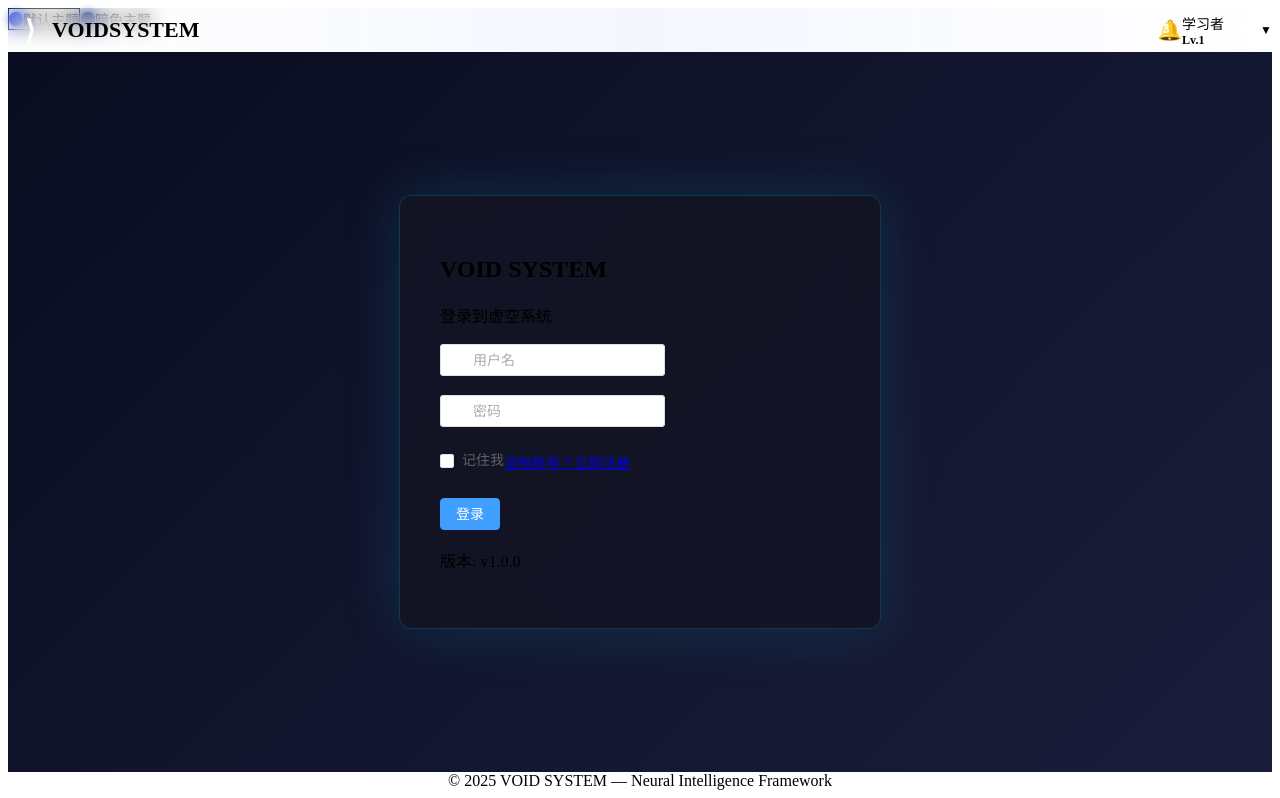
Repository: Void-Creator-Deity/Void-System
Page: / (app in void-system-frontend/)
These files come from the project's save history. The page is drawn as it stood at one moment and after the next save; the edit follows.
The browser window is 1280 px wide. The pictures show the whole page.
The project was rebuilt for these pictures with package versions that can differ from the ones it lists, and the page was loaded fresh each time. Also part of the build but not shown: void-system-frontend/vite.config.js.

Above is the page before, as saved 2025-11-20 21:06:10.

### void-system-frontend/index.html
<!doctype html>
<html lang="en">
  <head>
    <meta charset="UTF-8" />
    <link rel="icon" type="image/svg+xml" href="/vite.svg" />
    <meta name="viewport" content="width=device-width, initial-scale=1.0" />
    <title>void-system-frontend</title>
  </head>
  <body>
    <div id="app"></div>
    <script type="module" src="/src/main.js"></script>
  </body>
</html>

### void-system-frontend/src/App.vue
<template>
  <div id="app">
    <!-- 加载遮罩 -->
    <div v-if="isLoading" class="loading-overlay">
      <div class="loading"></div>
      <div class="loading-text">系统初始化中...</div>
    </div>

    <!-- 主题切换按钮 -->
    <div class="theme-switcher">
      <button
        v-for="theme in themes"
        :key="theme.id"
        class="theme-btn"
        :class="{ active: currentTheme === theme.id }"
        :style="{ '--theme-color': theme.color }"
        @click="switchTheme(theme.id)"
        :title="theme.name"
      >
        <span class="theme-dot"></span>
        <span class="theme-name">{{ theme.name }}</span>
      </button>
    </div>

    <!-- 系统顶栏 -->
    <header class="header">
      <div class="container header-container">
        <div class="logo-area flex items-center gap-md">
          <div class="logo">
            <span class="logo-symbol">⟩</span>
          </div>
          <h1 class="system-title">
            <span class="title-void">VOID</span>
            <span class="title-system">SYSTEM</span>
          </h1>
        </div>
        <!-- 桌面端导航 -->
        <nav class="nav-links flex gap-md">
          <NavItem to="/" icon="🏠">首页</NavItem>
          <NavItem to="/ai" icon="⌨️">AI控制台</NavItem>
          <NavItem to="/advisor" icon="🧠">学习顾问</NavItem>
          <NavItem to="/qa" icon="❓">知识问答</NavItem>
          <NavItem to="/settings" icon="⚙️">系统设置</NavItem>
        </nav>

        <!-- 移动端菜单按钮 -->
        <button class="mobile-menu-btn" @click="toggleMobileMenu">
          <span class="menu-icon">☰</span>
        </button>

        <!-- 用户信息 -->
        <div class="user-area flex items-center gap-md">
          <!-- 通知中心 -->
          <div class="notification-center">
            <button class="notification-btn" @click="handleNotificationClick">
              <span class="notification-icon">🔔</span>
              <span v-if="notificationCount > 0" class="notification-badge">{{ notificationCount }}</span>
            </button>
          </div>

          <!-- 用户信息 -->
          <div class="user-profile flex items-center gap-sm">
            <div class="user-details">
              <div class="user-name">{{ userName }}</div>
              <div class="user-level">Lv.{{ userLevel }}</div>
            </div>
            <div class="user-avatar">
              <span>{{ userAvatar }}</span>
            </div>
            <button class="user-menu-btn" @click="toggleUserMenu">
              <span>▼</span>
            </button>
          </div>

          <!-- 用户下拉菜单 -->
          <div v-if="showUserMenu" class="user-dropdown">
            <div class="dropdown-item" @click="goToProfile">个人资料</div>
            <div class="dropdown-item" @click="goToSettings">系统设置</div>
            <div class="dropdown-divider"></div>
            <div class="dropdown-item logout" @click="logout">退出登录</div>
          </div>
        </div>
      </div>
    </header>

    <!-- 主界面内容区 -->
    <main class="main">
      <div class="container">
        <RouterView />
      </div>
    </main>

    <!-- 底部系统信息栏 -->
    <footer class="footer">
      <div class="container">
        <div class="system-info">
          <div class="copyright text-center text-sm text-muted">
            © {{ new Date().getFullYear() }} VOID SYSTEM — Neural Intelligence Framework
          </div>
        </div>
      </div>
    </footer>

    <!-- 移动端导航菜单 -->
    <div v-if="showMobileMenu" class="mobile-nav-overlay">
      <div class="mobile-nav">
        <button class="mobile-close-btn" @click="toggleMobileMenu">×</button>
        <div class="mobile-nav-links flex flex-col gap-lg">
          <NavItem to="/" icon="🏠" @click="toggleMobileMenu">首页</NavItem>
          <NavItem to="/ai" icon="⌨️" @click="toggleMobileMenu">AI控制台</NavItem>
          <NavItem to="/advisor" icon="🧠" @click="toggleMobileMenu">学习顾问</NavItem>
          <NavItem to="/qa" icon="❓" @click="toggleMobileMenu">知识问答</NavItem>
          <NavItem to="/settings" icon="⚙️" @click="toggleMobileMenu">系统设置</NavItem>
        </div>
      </div>
    </div>
  </div>
</template>

<script setup>
import { RouterLink, RouterView, useRouter } from 'vue-router'
import { ref, onMounted } from 'vue'

// 导航项组件
import { h } from 'vue'
const router = useRouter()

// 状态管理
const isLoading = ref(false)
const showMobileMenu = ref(false)
const showUserMenu = ref(false)
const notificationCount = ref(3)
const userName = ref('学习者')
const userLevel = ref(1)
const userAvatar = ref('U')
const currentTheme = ref('default')

// 可用主题列表
const themes = [
  { id: 'default', name: '默认主题', color: '#4361ee' },
  { id: 'dark', name: '暗色主题', color: '#1e3a8a' }
]

// 导航项组件增强
const NavItem = (props, { slots, emit }) => {
  return h(RouterLink,
    {
      to: props.to,
      class: 'nav-item',
      custom: true,
      vSlots: {
        default: ({ isActive }) => h('div',
          {
            class: ['nav-link', isActive ? 'active' : ''],
            onClick: () => props.onClick && props.onClick()
          },
          [
            h('span', { class: 'nav-icon' }, props.icon),
            h('span', { class: 'nav-text' }, slots.default()),
            isActive ? h('div', { class: 'nav-indicator' }) : null
          ]
        )
      }
    }
  )
}
NavItem.props = ['to', 'icon', 'onClick']

// 方法定义
const switchTheme = (themeId) => {
  currentTheme.value = themeId
  // 更新body的data-theme属性
  if (themeId === 'default') {
    document.body.removeAttribute('data-theme')
  } else {
    document.body.setAttribute('data-theme', themeId)
  }
  // 保存到localStorage以便下次加载时使用
  localStorage.setItem('void-system-theme', themeId)
}

const toggleMobileMenu = () => {
  showMobileMenu.value = !showMobileMenu.value
}

const toggleUserMenu = () => {
  showUserMenu.value = !showUserMenu.value
}

const handleNotificationClick = () => {
  // 处理通知点击逻辑
  notificationCount.value = 0
}

const goToProfile = () => {
  showUserMenu.value = false
  // 跳转到个人资料页面
}

const goToSettings = () => {
  showUserMenu.value = false
  router.push('/settings')
}

const logout = () => {
  showUserMenu.value = false
  // 处理退出登录逻辑
  router.push('/login')
}

// 生命周期钩子
onMounted(() => {
  // 从localStorage加载主题设置
  const savedTheme = localStorage.getItem('void-system-theme')
  if (savedTheme) {
    switchTheme(savedTheme)
  }

  // 模拟加载完成
  setTimeout(() => {
    isLoading.value = false
  }, 500)
})
</script>

<style scoped>
/* 加载遮罩 */
  .loading-overlay {
    position: fixed;
    top: 0;
    left: 0;
    right: 0;
    bottom: 0;
    background-color: var(--color-bg-primary);
    display: flex;
    flex-direction: column;
    align-items: center;
    justify-content: center;
    gap: var(--spacing-lg);
    z-index: 9999;
  }

  .loading {
    width: 60px;
    height: 60px;
    border: 4px solid var(--color-bg-tertiary);
    border-top-color: var(--color-primary);
    border-radius: 50%;
    animation: spin 1s linear infinite;
  }

  .loading-text {
    color: var(--color-text-primary);
    font-weight: 600;
    font-size: 1.125rem;
    color: var(--color-primary);
  }
/* 主题切换器 */
  .theme-switcher {
    position: fixed;
    top: var(--spacing-lg);
    right: var(--spacing-lg);
    z-index: 100;
    display: flex;
    gap: var(--spacing-sm);
    background-color: var(--color-bg-secondary);
    border: 1px solid var(--color-border-light);
    border-radius: var(--radius-lg);
    padding: var(--spacing-xs);
  }

  .theme-btn {
    display: flex;
    align-items: center;
    gap: var(--spacing-xs);
    padding: var(--spacing-xs) var(--spacing-sm);
    border: 1px solid transparent;
    border-radius: var(--radius-md);
    background: transparent;
    color: var(--color-text-primary);
    cursor: pointer;
    transition: all var(--transition-fast);
  }

  .theme-btn:hover {
    background-color: var(--color-bg-tertiary);
  }

  .theme-btn.active {
    background-color: var(--color-bg-tertiary);
    border-color: var(--color-primary);
  }

.theme-dot {
  width: 14px;
  height: 14px;
  border-radius: 50%;
  background-color: var(--theme-color);
  box-shadow: 0 0 8px var(--theme-color);
}

.theme-name {
  font-size: 0.875rem;
  font-weight: 500;
}

/* 顶栏样式 - 游戏化界面 */
.header {
  /* 顶栏容器布局 */
  .header-container {
    display: flex;
    align-items: center;
    justify-content: space-between;
  }
  background-color: var(--color-bg-primary);
  background-image: linear-gradient(to right, transparent, rgba(67, 97, 238, 0.05), transparent);
  border-bottom: 1px solid var(--color-border-light);
  padding: var(--spacing-md) 0;
  position: sticky;
  top: 0;
  z-index: 100;
  backdrop-filter: blur(10px);
}

/* 顶栏样式 */
  .header {
    background-color: var(--color-bg-primary);
    border-bottom: 1px solid var(--color-border-light);
    padding: var(--spacing-md) 0;
    position: sticky;
    top: 0;
    z-index: 100;
  }

  .logo-area {
    display: flex;
    align-items: center;
    gap: var(--spacing-md);
  }

  .logo {
    width: 44px;
    height: 44px;
    border-radius: var(--radius-md);
    background: linear-gradient(135deg, var(--color-primary), var(--color-primary-dark));
    display: flex;
    align-items: center;
    justify-content: center;
    color: white;
    font-size: 1.625rem;
    font-weight: bold;
  }

  .system-title {
    font-size: 1.375rem;
    font-weight: 700;
    display: flex;
    gap: var(--spacing-xs);
    margin: 0;
  }

  .title-void {
    color: var(--color-primary);
  }

  .title-system {
    color: var(--color-text-secondary);
    font-weight: 600;
  }

/* 导航样式 */
  .nav-links {
    display: flex;
    gap: var(--spacing-sm);
  }

  .nav-link {
    display: flex;
    align-items: center;
    gap: var(--spacing-xs);
    padding: var(--spacing-sm) var(--spacing-md);
    color: var(--color-text-secondary);
    text-decoration: none;
    border-radius: var(--radius-md);
    transition: all var(--transition-fast);
  }

  .nav-link:hover {
    background-color: var(--color-bg-secondary);
    color: var(--color-text-primary);
  }

  .nav-link.active {
    color: var(--color-primary);
    background-color: rgba(67, 97, 238, 0.08);
  }

  .nav-link.active .nav-indicator {
    position: absolute;
    bottom: 0;
    left: 0;
    width: 100%;
    height: 2px;
    background: var(--color-primary);
    border-radius: var(--radius-full);
  }

  .nav-icon {
    font-size: 1.25rem;
  }

.nav-text {
  font-weight: 500;
}

/* 用户区域 */
  .user-area {
    display: flex;
    align-items: center;
    gap: var(--spacing-md);
  }

  .notification-btn {
    position: relative;
    background: transparent;
    border: none;
    font-size: 1.25rem;
    cursor: pointer;
    padding: var(--spacing-sm);
    border-radius: var(--radius-md);
    transition: all var(--transition-fast);
  }

  .notification-btn:hover {
    background-color: var(--color-bg-secondary);
  }

.notification-badge {
    position: absolute;
    top: 2px;
    right: 2px;
    min-width: 18px;
    height: 18px;
    padding: 0 5px;
    background: var(--color-error);
    color: white;
    font-size: 0.75rem;
    font-weight: 600;
    border-radius: 9px;
    display: flex;
    align-items: center;
    justify-content: center;
  }

.user-profile {
    display: flex;
    align-items: center;
    gap: var(--spacing-sm);
    padding: var(--spacing-xs);
    border-radius: var(--radius-md);
    cursor: pointer;
    transition: all var(--transition-fast);
  }

  .user-profile:hover {
    background-color: var(--color-bg-secondary);
  }

  .user-details {
    display: flex;
    flex-direction: column;
  }

  .user-name {
    font-weight: 500;
    color: var(--color-text-primary);
    font-size: 0.875rem;
  }

  .user-level {
    font-size: 0.75rem;
    color: var(--color-primary);
    font-weight: 600;
  }

  .user-avatar {
    width: 36px;
    height: 36px;
    border-radius: 50%;
    background: linear-gradient(135deg, var(--color-primary), var(--color-secondary));
    color: white;
    display: flex;
    align-items: center;
    justify-content: center;
    font-weight: 600;
    font-size: 1rem;
  }

.user-menu-btn {
  background: transparent;
  border: none;
  font-size: 0.75rem;
  color: var(--color-text-muted);
  cursor: pointer;
  padding: var(--spacing-xs);
  transition: all var(--transition-fast);
}

.user-menu-btn:hover {
  color: var(--color-text-primary);
  transform: translateY(1px);
}

/* 用户下拉菜单 */
  .user-dropdown {
    position: absolute;
    top: calc(100% + var(--spacing-sm));
    right: var(--spacing-md);
    background-color: var(--color-bg-secondary);
    border: 1px solid var(--color-border-light);
    border-radius: var(--radius-lg);
    box-shadow: var(--shadow-lg);
    padding: var(--spacing-xs) 0;
    min-width: 180px;
    z-index: 101;
  }

  .user-dropdown::before {
    content: '';
    position: absolute;
    top: 0;
    left: 0;
    right: 0;
    height: 2px;
    background: var(--color-primary);
  }

  .dropdown-item {
    padding: var(--spacing-sm) var(--spacing-md);
    color: var(--color-text-primary);
    cursor: pointer;
    transition: all var(--transition-fast);
    font-size: 0.875rem;
  }

  .dropdown-item:hover {
    background-color: var(--color-bg-tertiary);
  }

.dropdown-divider {
  height: 1px;
  background-color: var(--color-border);
  margin: var(--spacing-xs) 0;
}

.dropdown-item.logout {
  color: var(--color-error);
  font-weight: 500;
}

.dropdown-item.logout:hover {
  background-color: rgba(239, 68, 68, 0.1);
}

/* 移动端菜单按钮 */
.mobile-menu-btn {
  display: none;
  background: transparent;
  border: none;
  font-size: 1.5rem;
  cursor: pointer;
  padding: var(--spacing-sm);
  border-radius: var(--radius-md);
  transition: background-color var(--transition-fast);
}

.mobile-menu-btn:hover {
  background-color: var(--color-bg-secondary);
}

/* 主内容区 */
  .main {
    flex: 1;
    padding: var(--spacing-xl) 0;
    background-color: var(--color-bg-primary);
  }

/* 底部样式 */
  .footer {
    background-color: var(--color-bg-primary);
    border-top: 1px solid var(--color-border-light);
    padding: var(--spacing-lg) 0;
  }

.system-info {
  text-align: center;
}

/* 数据卡片样式 */
  .stat-card {
    background-color: var(--color-bg-secondary);
    border: 1px solid var(--color-border-light);
    border-radius: var(--radius-lg);
    padding: var(--spacing-lg);
    transition: all var(--transition-normal);
    box-shadow: var(--shadow-md);
  }

  .stat-card::before {
    content: '';
    position: absolute;
    top: 0;
    left: 0;
    right: 0;
    height: 3px;
    background: var(--color-primary);
  }

  .stat-card:hover {
    transform: translateY(-2px);
    box-shadow: var(--shadow-lg);
  }

.stat-icon {
  width: 48px;
  height: 48px;
  border-radius: var(--radius-md);
  background: linear-gradient(135deg, var(--color-primary-light), var(--color-primary));
  display: flex;
  align-items: center;
  justify-content: center;
  font-size: 1.5rem;
  color: white;
  box-shadow: 0 0 15px rgba(67, 97, 238, 0.2);
  margin-bottom: var(--spacing-md);
}

.stat-value {
  font-size: 1.75rem;
  font-weight: 700;
  color: var(--color-text-primary);
  margin-bottom: var(--spacing-xs);
}

.stat-label {
  font-size: 0.875rem;
  color: var(--color-text-secondary);
}

.stat-change {
  font-size: 0.75rem;
  font-weight: 500;
  padding: 2px 6px;
  border-radius: var(--radius-sm);
  display: inline-flex;
  align-items: center;
  gap: 2px;
}

.stat-change.positive {
  background-color: rgba(34, 197, 94, 0.1);
  color: var(--color-success);
}

.stat-change.negative {
  background-color: rgba(239, 68, 68, 0.1);
  color: var(--color-error);
}

/* 移动端导航覆盖 */
  .mobile-nav-overlay {
    position: fixed;
    top: 0;
    left: 0;
    right: 0;
    bottom: 0;
    background-color: rgba(0, 0, 0, 0.5);
    z-index: 200;
    display: flex;
    align-items: center;
    justify-content: center;
  }

  .mobile-nav {
    background-color: var(--color-bg-primary);
    border-radius: var(--radius-lg);
    padding: var(--spacing-lg);
    width: 90%;
    max-width: 400px;
    max-height: 80vh;
    overflow-y: auto;
  }

.mobile-close-btn {
  position: absolute;
  top: var(--spacing-md);
  right: var(--spacing-md);
  background: transparent;
  border: none;
  font-size: 1.5rem;
  cursor: pointer;
  padding: var(--spacing-xs);
  border-radius: var(--radius-md);
  transition: background-color var(--transition-fast);
}

.mobile-close-btn:hover {
  background-color: var(--color-bg-secondary);
}

.mobile-nav-links {
  margin-top: var(--spacing-lg);
}

.mobile-nav-links .nav-link {
  padding: var(--spacing-md);
  font-size: 1.125rem;
}

/* 响应式设计 */
@media (max-width: 768px) {
  .nav-links {
    display: none;
  }

  .mobile-menu-btn {
    display: block;
  }

  .logo {
    width: 40px;
    height: 40px;
    font-size: 1.5rem;
  }

  .system-title {
    font-size: 1.25rem;
  }
}

@media (max-width: 480px) {
  .logo-area {
    gap: var(--spacing-sm);
  }

  .system-title {
    font-size: 0.875rem;
  }

  .user-details {
    display: none;
  }

  .theme-switcher {
    top: var(--spacing-md);
    right: var(--spacing-md);
  }

  .theme-name {
    display: none;
  }

  .main {
    padding: var(--spacing-md) 0;
  }

  .stat-card {
    padding: var(--spacing-md);
  }

  .stat-icon {
    width: 40px;
    height: 40px;
    font-size: 1.25rem;
  }

  .stat-value {
    font-size: 1.5rem;
  }

  .header {
    padding: var(--spacing-sm) 0;
  }

  .logo {
    width: 32px;
    height: 32px;
    font-size: 1.25rem;
  }

  .notification-btn, .user-menu-btn {
    padding: var(--spacing-xs);
  }
}


/* 基础样式优化 */
  html {
    scroll-behavior: smooth;
  }

  ::selection {
    background-color: rgba(67, 97, 238, 0.2);
    color: var(--color-primary);
  }

  button:focus,
  a:focus,
  input:focus,
  textarea:focus,
  select:focus {
    outline: 2px solid var(--color-primary);
    outline-offset: 2px;
  }
</style>

Loaded but not shown: void-system-frontend/src/api/user.js (71 lines, source omitted); void-system-frontend/src/router/index.js (83 lines, source omitted); void-system-frontend/src/main.js (19 lines, source omitted); void-system-frontend/src/api/index.js (11 lines, source omitted); void-system-frontend/src/pages/Login.vue (147 lines, source omitted)

After the next save:
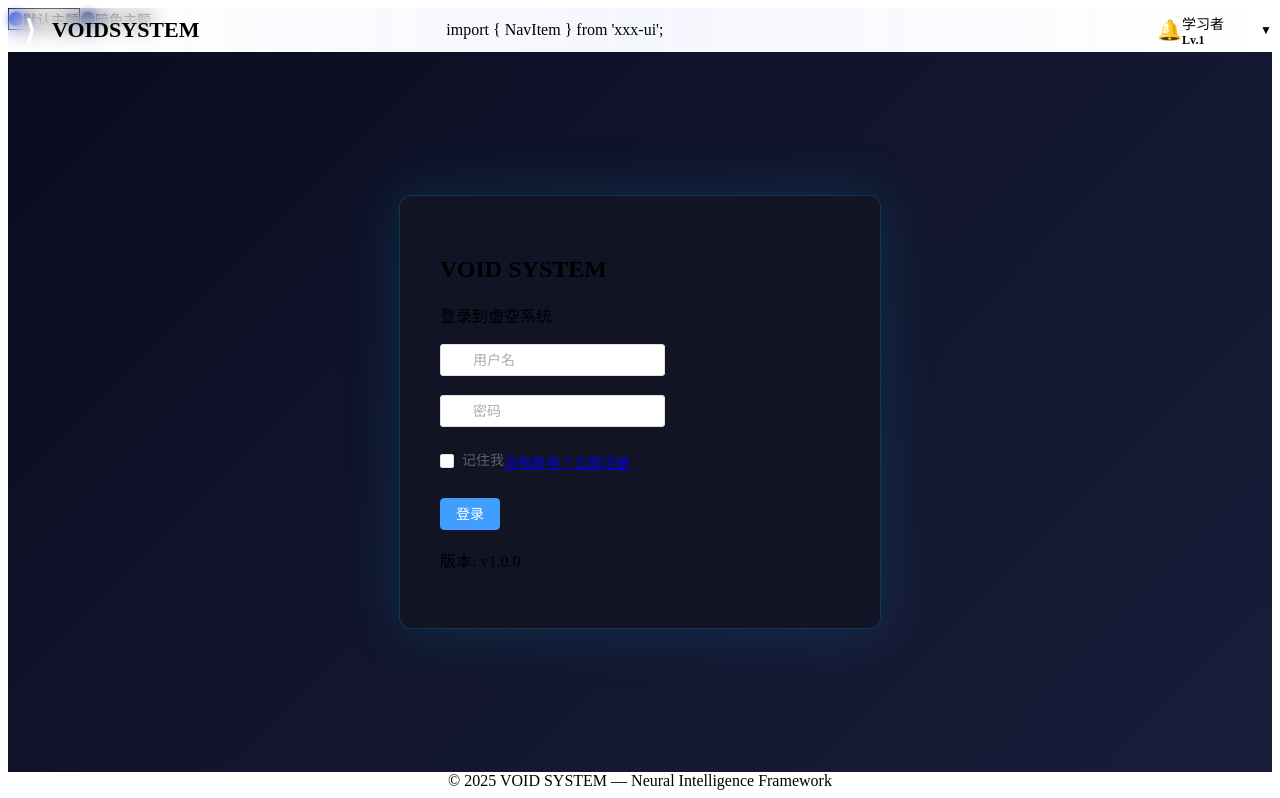
Saved 2 min 31 s later.
--- a/void-system-frontend/src/App.vue
+++ b/void-system-frontend/src/App.vue
@@ -35,6 +35,7 @@
           </h1>
         </div>
         <!-- 桌面端导航 -->
+        import { NavItem } from 'xxx-ui';
         <nav class="nav-links flex gap-md">
           <NavItem to="/" icon="🏠">首页</NavItem>
           <NavItem to="/ai" icon="⌨️">AI控制台</NavItem>

After the save that followed:
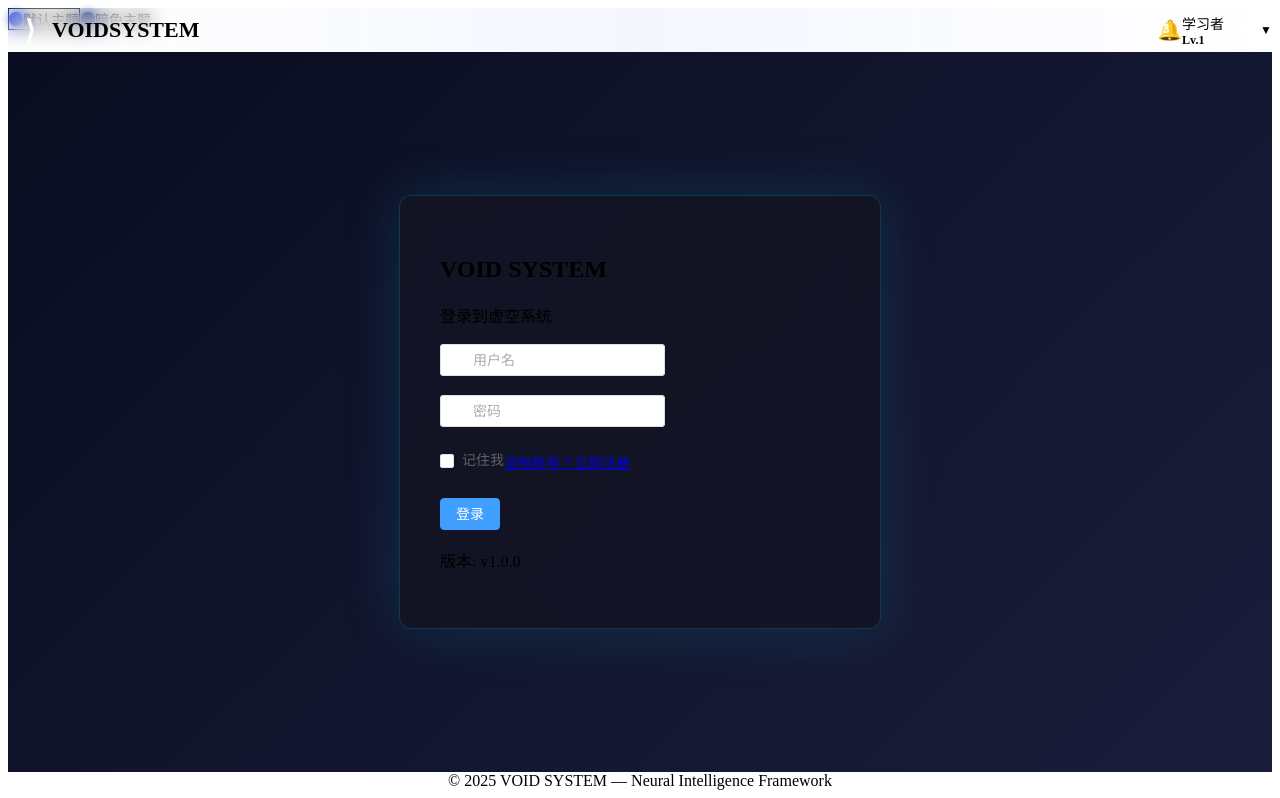
Saved 64 s later.
--- a/void-system-frontend/src/App.vue
+++ b/void-system-frontend/src/App.vue
@@ -35,7 +35,6 @@
           </h1>
         </div>
         <!-- 桌面端导航 -->
-        import { NavItem } from 'xxx-ui';
         <nav class="nav-links flex gap-md">
           <NavItem to="/" icon="🏠">首页</NavItem>
           <NavItem to="/ai" icon="⌨️">AI控制台</NavItem>
